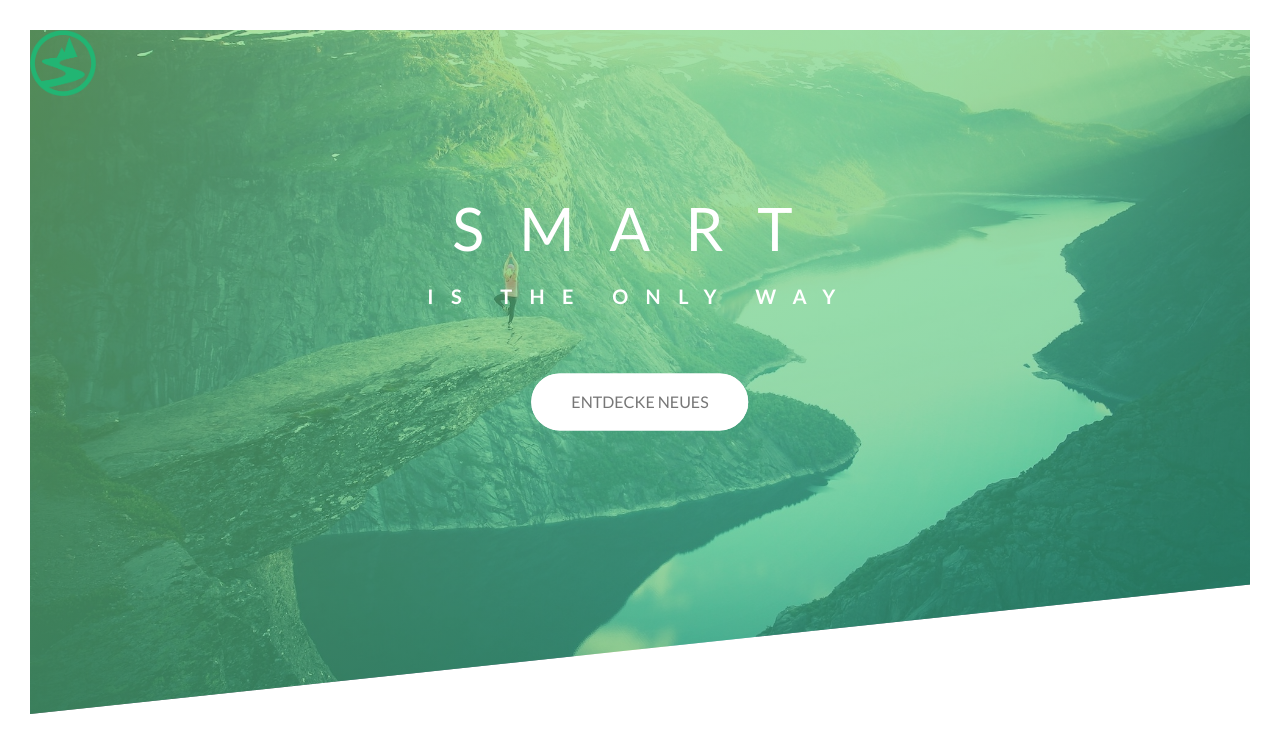
Repository: mukiSabljakovic/NatoursV1
Page: index.html
These files come from the project's save history. The page is drawn as it stood at one moment and after the next save; the edit follows.
The browser window is 1280 px wide. The pictures show the whole page.
Some web libraries are served in a nearby version.

Above is the page before, as saved 2020-05-11 16:39:50.

### index.html
<!DOCTYPE html>
<html lang="en">
    <head>
        <meta charset="UTF-8">
        <meta name="viewport" content="width=device-width, initial-scale=1.0">

        <link href="https://fonts.googleapis.com/css?family=Lato:100,300,400,700,900" rel="stylesheet">

        <link rel="stylesheet" href="https://use.fontawesome.com/releases/v5.13.0/css/all.css" integrity="sha384-Bfad6CLCknfcloXFOyFnlgtENryhrpZCe29RTifKEixXQZ38WheV+i/6YWSzkz3V" crossorigin="anonymous">
        <link rel="stylesheet" href="style.css">
        <link rel="stylesheet" href="css/style.css">
        <link rel="shortcut icon" type="image/png" href="img/favicon.png">

        <title>Natours | Exciting tours for adventurous people</title>
    </head>
    <body>
       <header class="header">
           <div class="header__logo-box">
               <img class="logo" src="img/logo.png" alt="Natours Logo">
           </div>

           <div class="text-box">
               <h1 class="heading-primary">
                   <span class="heading-primary-main">Smart</span>
                   <span class="heading-primary-sub">is the only way</span>
               </h1>
               <a href="#" class="btn btn-white btn-animated">Entdecke neues</a>
           </div>

       </header>

    </body>
</html>

### css/style.css
@import url('https://fonts.googleapis.com/css2?family=Lato:wght@300;400;900&display=swap');

/*
COLORS:

Light green: #7ed56f
Medium green: #55c57a
Dark green: #28b485

*/

/* Basic Reset */


* {
    margin: 0;
    padding: 0;
    box-sizing: border-box;
}

body {
    font-family: 'Lato', sans-serif;
    font-weight: 400;
    font-size: 16px;
    line-height: 1.7;
    color: #777;
    padding: 1.875rem;
}

.header {
    height: 95vh;
    background-image: linear-gradient(
        to right bottom,
        rgba(126, 213, 111, .6),
        rgba(40, 180, 133, .6)),
        url(../img/hero.jpg);
    background-size: cover;
    background-position: top;

    clip-path: polygon(0 0, 100% 0, 100% 77vh, 0 100%);
    position: relative;
}

.logo-box {
    position: absolute;
    top: 40px;
    left: 40px;
    background: rgb(245, 246, 245);
    border-radius: 100%;
    display: flex;
    padding: 4px;
}

.logo {
    height: 66px;
}

.text-box {
    position: absolute;
    top: 40%;
    left: 50%;
    transform: translate(-50%, -50%);
    text-align: center;
}

.heading-primary {
    color: #fff;
    text-transform: uppercase;

    /* Fix animation shaking */
    backface-visibility: hidden;
    margin-bottom: 60px;
}

.heading-primary-main {
    display: block;
    font-size: 3.75rem;
    font-weight: 400;
    letter-spacing: 2.1875rem;

    animation-name: moveInLeft;
    animation-duration: 1s;
    animation-timing-function: ease-out;
}

.heading-primary-sub {
    display: block;
    font-size: 1.25rem;
    font-weight: 700;
    letter-spacing: 1.0875rem;

    animation: moveInRight 1s ease-out;
}

@keyframes moveInLeft {
    0% {
        opacity: 0;
        transform: translateX(-100%);
    }

    80% {
        transform: translateX(10px);
    }

    100% {
        opacity: 1;
        trannsform: translate(0);
    }
}

@keyframes moveInRight {
    0% {
        opacity: 0;
        transform: translateX(100%);
    }

    80% {
        transform: translateX(-10px);
    }

    100% {
        opacity: 1;
        transform: translate(0);
    }
}

@keyframes moveInBottom {
    0% {
        opacity: 0;
        transform: translateY(-30px);
    }

    100% {
        opacity: 1;
        transform: translate(0);
    }
}

.btn:link,
.btn:visited {
    text-transform: uppercase;
    text-decoration: none;
    padding: 15px 40px;
    display: inline-block;
    border-radius: 100px;
    transition: all .2s;
}

.btn:hover {
    transform: translateY(-3px);
    box-shadow: 0 10px 20px rgba(0, 0, 0, .2);
}

.btn:active {
    transform: translateY(-1px);
    box-shadow: 0 10px 10px rgba(0, 0, 0, .2);
}

.btn-white {
    background-color: #fff;
    color: #777;
    position: relative;
}

.btn::after {
    content: "";
    display: inline-block;
    height: 100%;
    width: 100%;
    border-radius: 100px;
    position: absolute;
    top: 0;
    left: 0;
    z-index: -1;
    transition: all .2s;
}

.btn-white::after {
    background-color: #fff;
}

.btn:hover::after {
    transform: scaleX(1.4) scaleY(1.6);
    opacity: 0;
}

.btn-animated {
    animation: moveInBottom .5s ease-out .75s;
    animation-fill-mode: backwards;
}

After the next save:
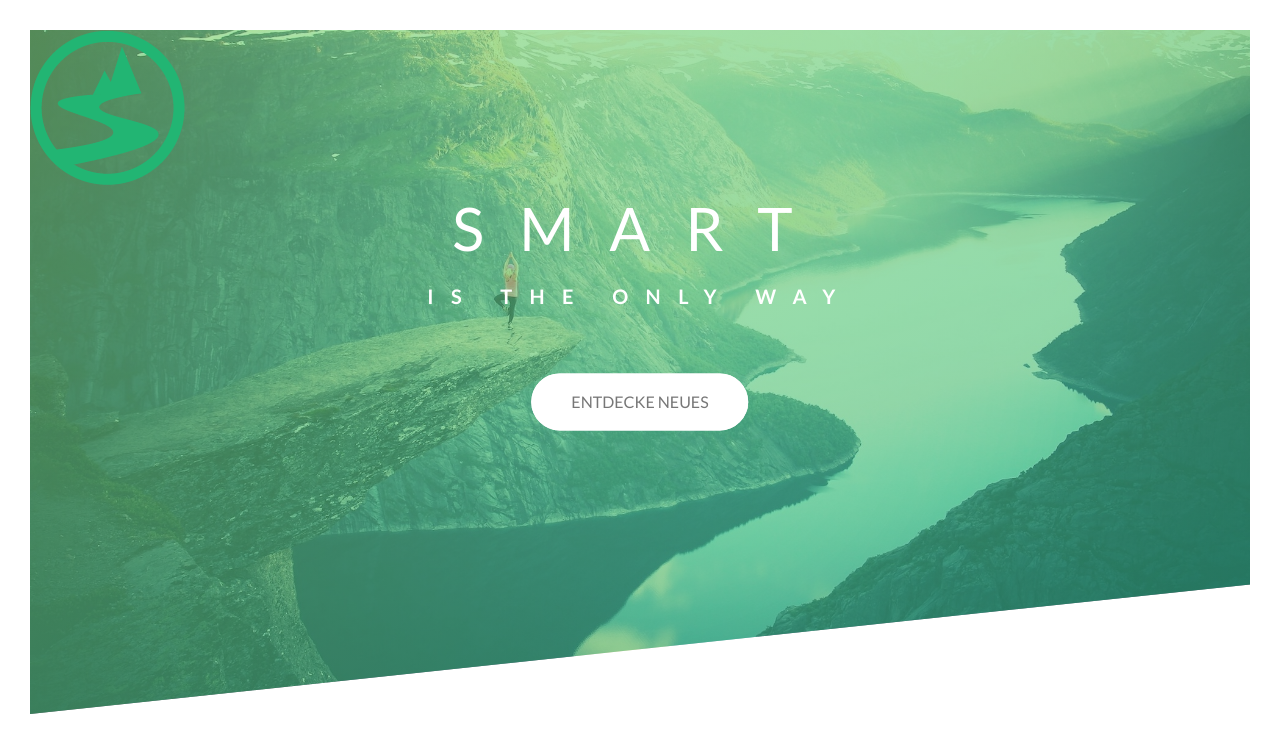
Saved 6 s later.
--- a/index.html
+++ b/index.html
@@ -16,7 +16,7 @@
     <body>
        <header class="header">
            <div class="header__logo-box">
-               <img class="logo" src="img/logo.png" alt="Natours Logo">
+               <img class="header__logo" src="img/logo.png" alt="Natours Logo">
            </div>
 
            <div class="text-box">
